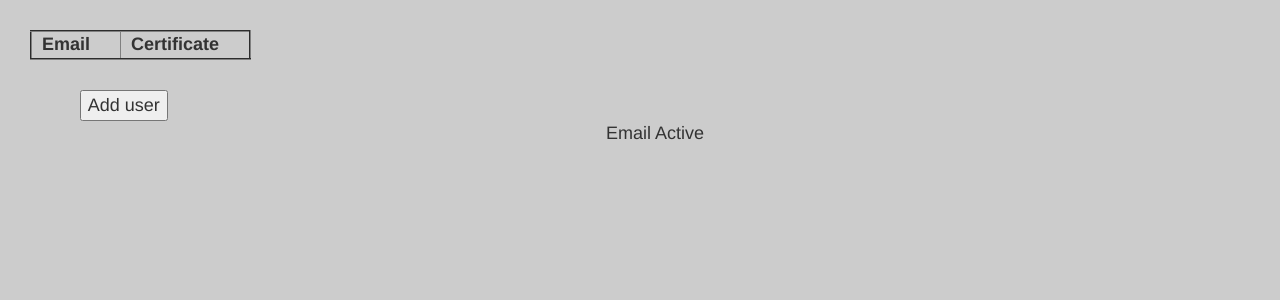
Repository: marijabroceta/ProjekatIB
Page: IB_Project_Shell/src/main/resources/static/main_page.html
These files come from the project's save history. The page is drawn as it stood at one moment and after the next save; the edit follows.
The browser window is 1280 px wide. The pictures show the whole page.
The page's requests for data from a server got no answer.

Above is the page before, as saved 2018-06-30 18:58:34.

After the next save:
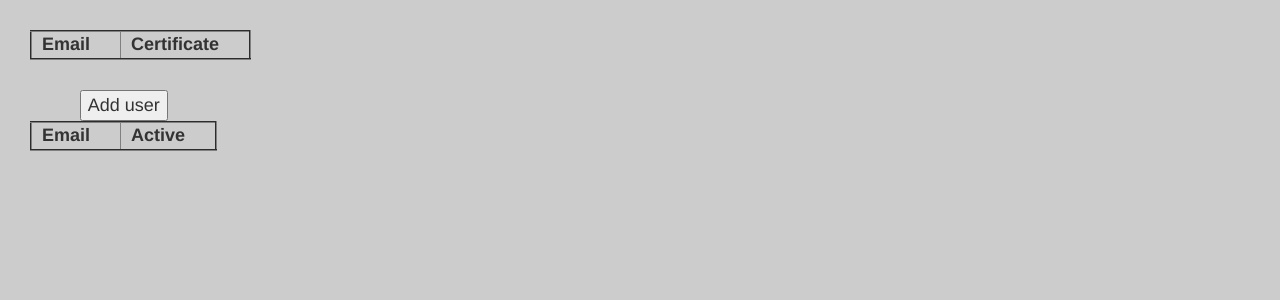
Saved 69 s later.
--- a/IB_Project_Shell/src/main/resources/static/main_page.html
+++ b/IB_Project_Shell/src/main/resources/static/main_page.html
@@ -31,11 +31,13 @@
 		 		<input type="button" name="cancel" id="cancel" value="cancel" class="button" />
 	    	</form>
 		</div>
-		<div>
+		<div id="table_inactive">
+			<table id="users_table" border="2">
 			<tr>
 				<th>Email</th>
 				<th>Active</th>
 			</tr>
+		</table>
 		</div>
 	</div>
 
